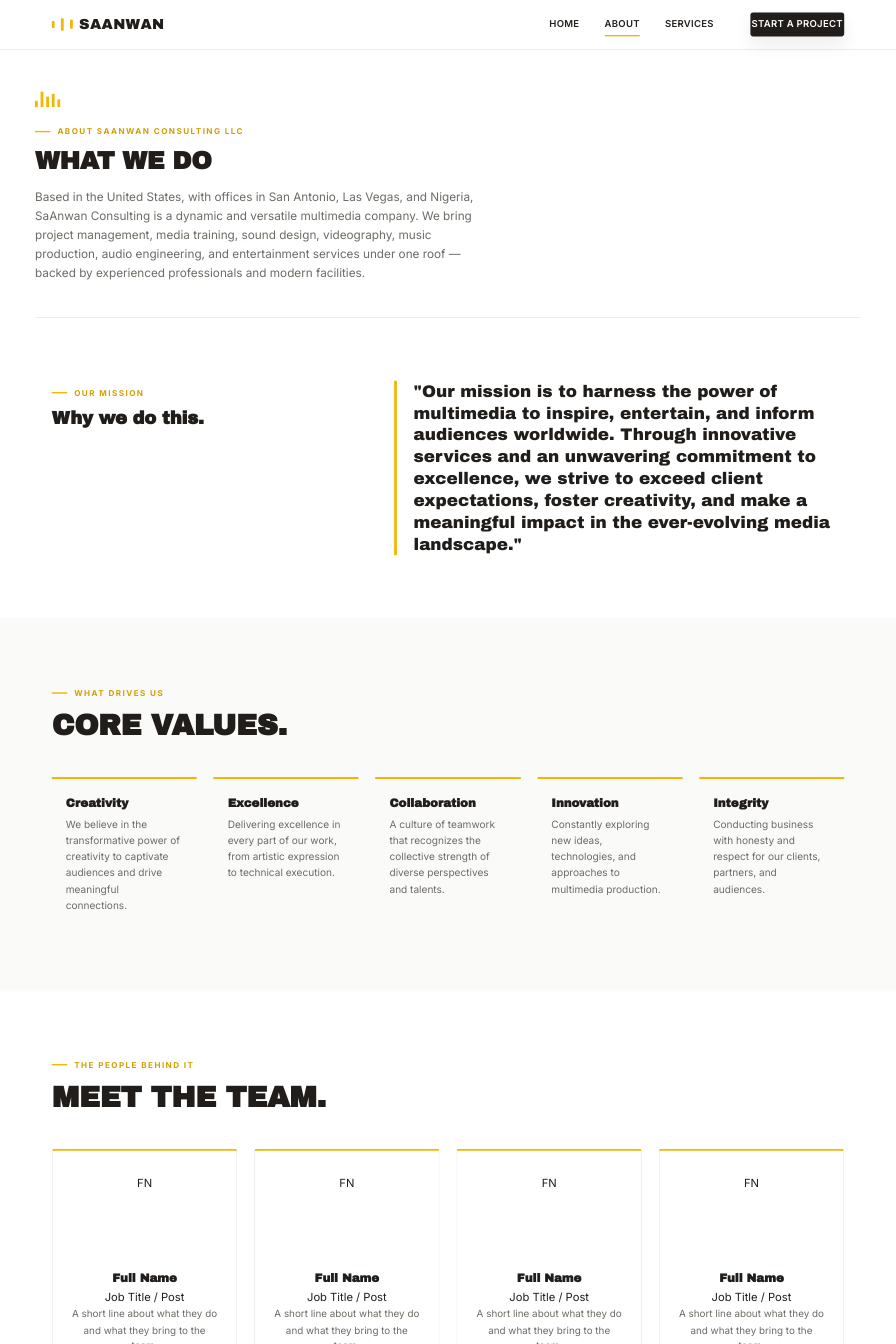
Repository: joshuaonazi/saanwan
Page: about.html
An editor plug-in stored every save of this project. The page is shown before and after the next save, followed by the edit.
The browser window is 1280 px wide. The pictures show the part of the page from y = 0 to 1920 px (the page is 3227 px tall before and 3235 px after), at 70% of full size.

Above is the page before, as saved 2026-07-10 17:02:14.

After the next save:
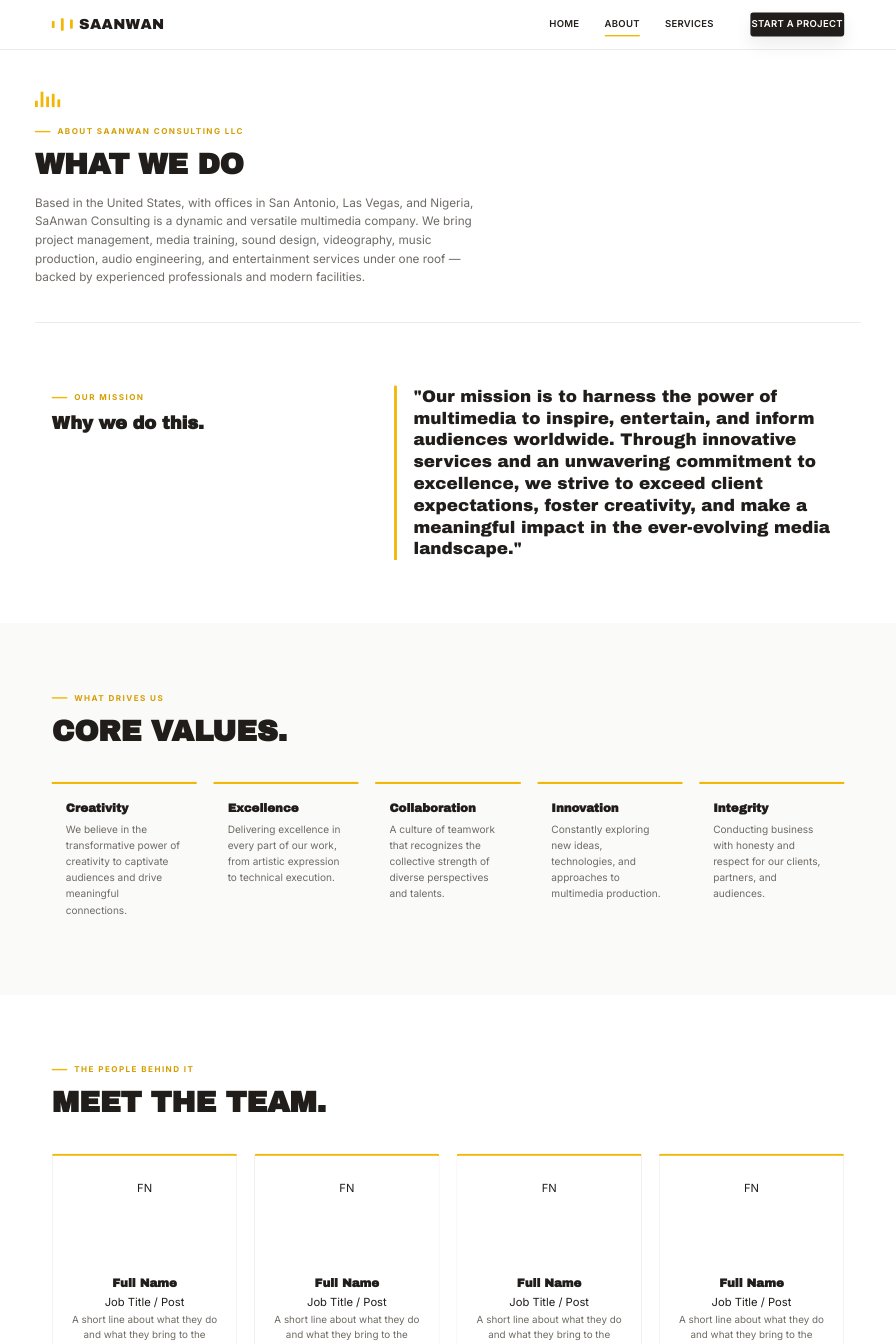
Saved 8 s later.
--- a/about.html
+++ b/about.html
@@ -35,7 +35,7 @@
   <section class="page-hero wrap">
     <div class="eq-divider"><span></span><span></span><span></span><span></span><span></span></div>
     <span class="eyebrow">About SaAnwan Consulting LLC</span>
-    <h2 style="text-transform:none; font-size: 2.2rem;">WHAT WE DO</h2>
+    <h2 style>WHAT WE DO</h2>
     <p>Based in the United States, with offices in San Antonio, Las Vegas, and Nigeria, SaAnwan Consulting is a dynamic and versatile multimedia company. We bring project management, media training, sound design, videography, music production, audio engineering, and entertainment services under one roof — backed by experienced professionals and modern facilities.</p>
   </section>
 
